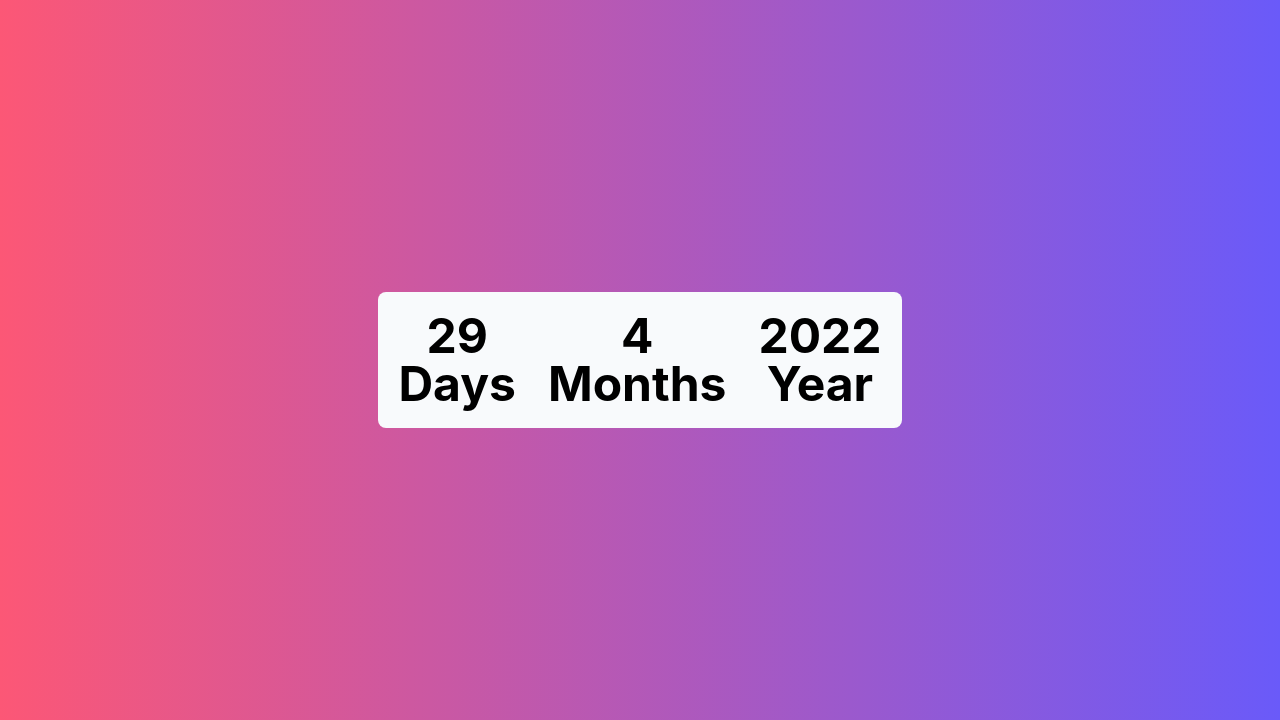
Repository: huynhsang96/bt_codegymHook
Page: /
The author's editor kept a copy of each file at every save. The page is drawn from the files as they stood at one save, then again after the next save.
The browser window is 1280 px wide. The pictures show the whole page.
The project was rebuilt for these pictures with package versions that can differ from the ones it lists, and the page was loaded fresh each time.

Above is the page before, as saved 2022-04-29 16:35:00.

After the next save:
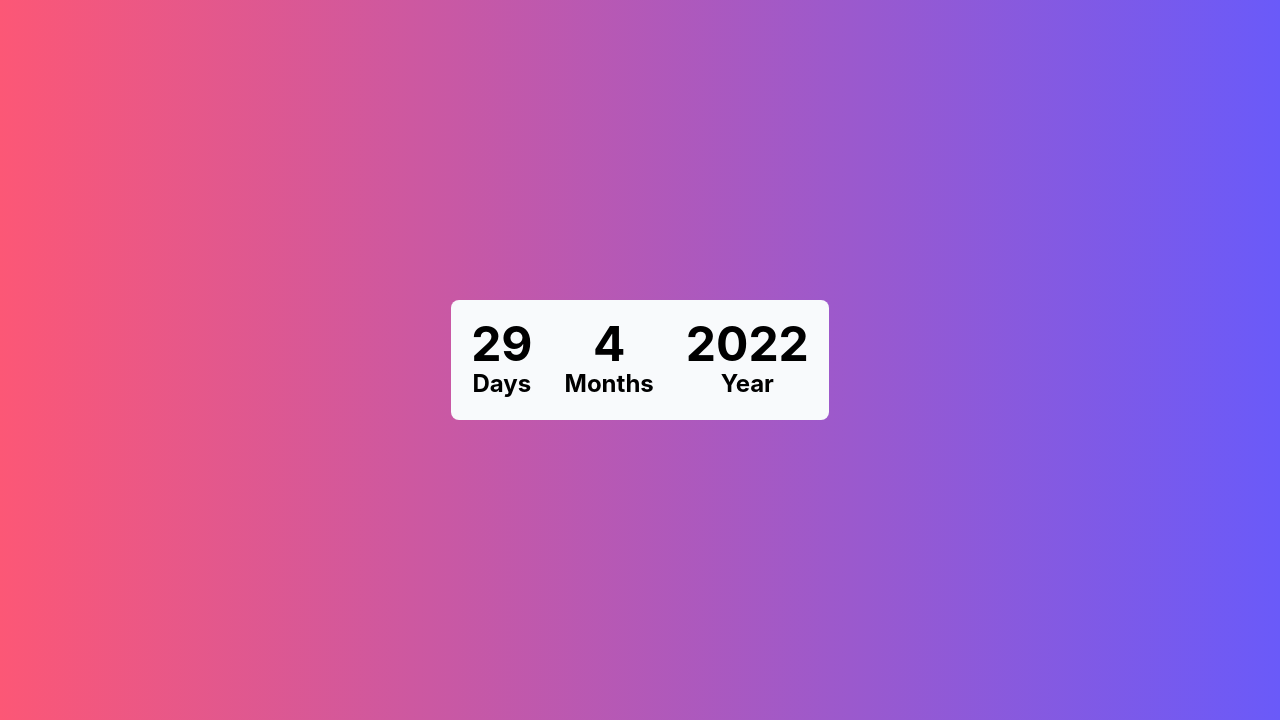
Saved 18 s later.
--- a/src/component/ClockHook/Clock.js
+++ b/src/component/ClockHook/Clock.js
@@ -22,15 +22,15 @@ const Clock = () => {
 			<ul className="flex flex-row gap-8 bg-slate-50 p-5 rounded-lg">
 				<li className="flex flex-col justify-center text-center">
 					<span className="font-bold text-5xl">{days}</span>
-					<span className="font-bold text-5xl">Days</span>
+					<span className="font-bold text-2xl">Days</span>
 				</li>
 				<li className="flex flex-col justify-center text-center">
 					<span className="font-bold text-5xl">{months}</span>
-					<span className="font-bold text-5xl">Months</span>
+					<span className="font-bold text-2xl">Months</span>
 				</li>
 				<li className="flex flex-col justify-center text-center">
 					<span className="font-bold text-5xl">{years}</span>
-					<span className="font-bold text-5xl">Year</span>
+					<span className="font-bold text-2xl">Year</span>
 				</li>
 			</ul>
 		</div>
